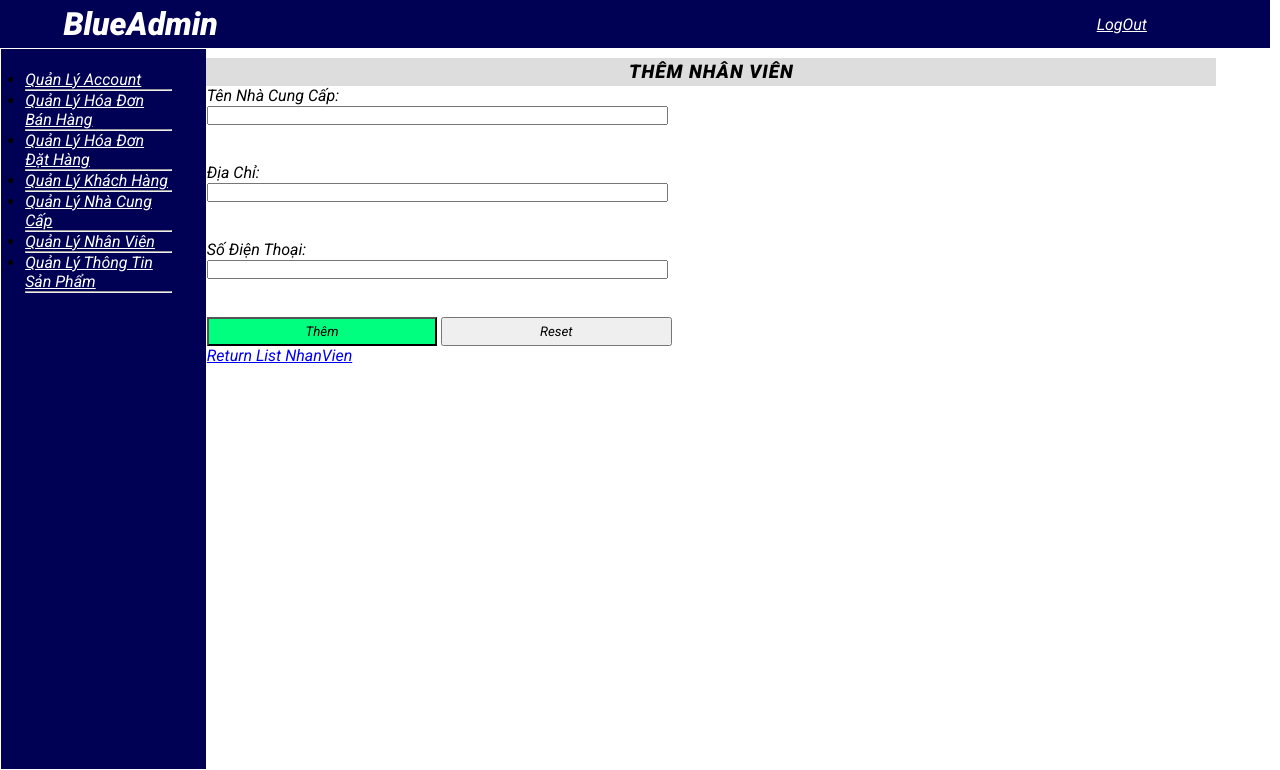
Repository: ngan429/WebsiteLaptop
Page: http://localhost/WebsiteLapTop/viewsnhanvien/InsertNhaCungCapDB.jsp
The author's editor kept a copy of each file at every save. The page is drawn from the files as they stood at one save, then again after the next save.
The browser window is 1280 px wide. The pictures show the whole page.
Some web libraries are served in a nearby version. The page is served by Tomcat 9.

Above is the page before, as saved 2021-12-01 19:50:31.
Console error: SyntaxError: Invalid or unexpected token
Not found: DoAnLapTop/WebsiteLapTop/WebsiteLapTop/css/

After the next save:
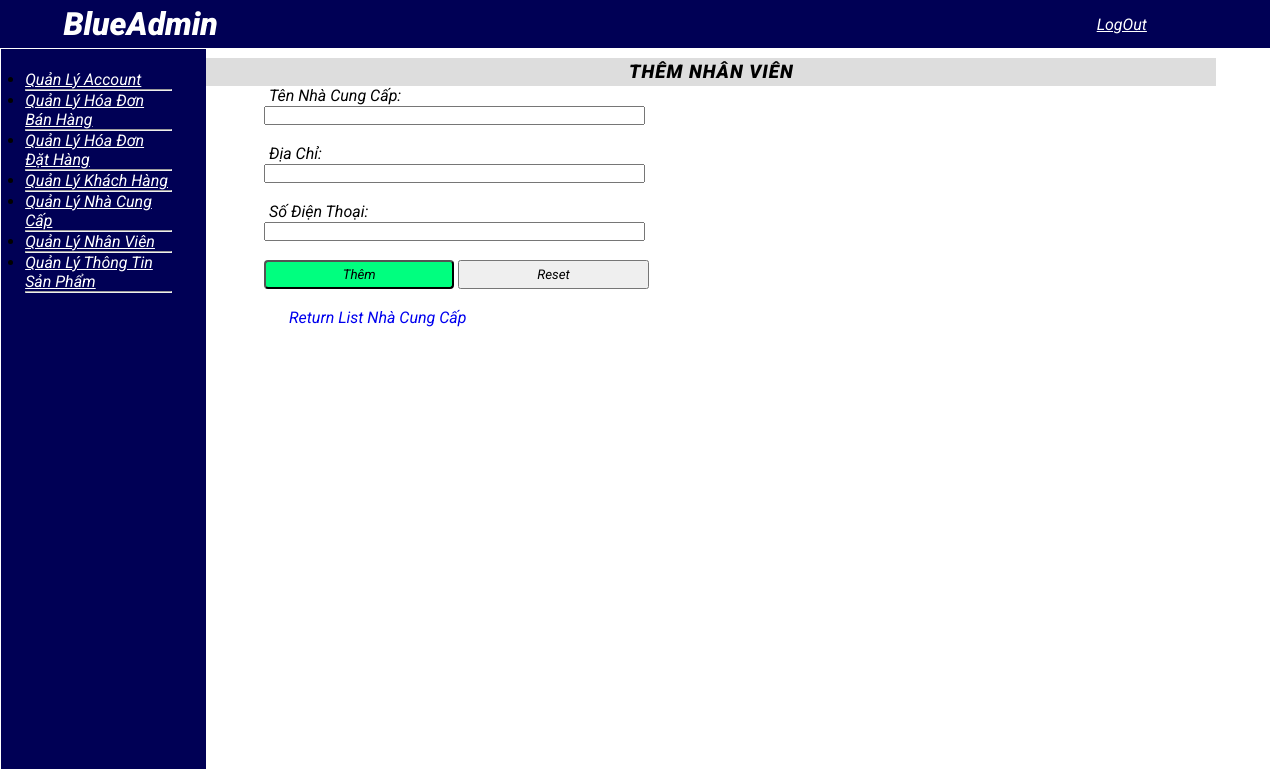
Saved 52 s later.
--- a/DoAnLapTop/WebsiteLapTop/WebContent/viewsnhanvien/InsertNhaCungCapDB.jsp
+++ b/DoAnLapTop/WebsiteLapTop/WebContent/viewsnhanvien/InsertNhaCungCapDB.jsp
@@ -8,9 +8,11 @@
 <meta charset="UTF-8">
 <meta http-equiv="X-UA-Compatible" content="IE=edge">
 <meta name="viewport" content="width=device-width, initial-scale=1.0">
-<title>Thêm Thông Tin Sản Phẩm</title>
+<title>Thêm Nhà Cung Cấp</title>
 <link rel="stylesheet"
 	href="<%=request.getContextPath()%>/css/SanPham.css">
+<link rel="stylesheet"
+	href="<%=request.getContextPath()%>/css/Insert.css">
 <style>
 .show input {
 	width: 40%;
@@ -101,20 +103,16 @@
 					<label for="tenNCC">Tên Nhà Cung Cấp:</label> <br /> <input type="text"
 						id="tenNCC" name="tenNCC" class="form-control"> <br />
 					<br />
-					<br />
 					<label for="diaChi">Địa Chỉ:</label> <br /> <input type="text"
 						id="diaChi" name="diaChi" class="form-control"> <br />
-					<br />
 					<br />
 					<label for="dienThoai">Số Điện Thoại:</label> <br /> <input type="text"
 						id="dienThoai" name="dienThoai" class="form-control"> <br />
 					<br />
+					<button class="insert" style="background-color: springgreen;" type="submit">Thêm</button>
+					<button type="reset">Reset</button><br />
 					<br />
-
-
-					<button style="background-color: springgreen;" type="submit">Thêm</button>
-					<button type="reset">Reset</button><br />
-					<a href="NhaCungCapDB">Return List NhanVien</a>
+					<a class="return-home-page" href="NhaCungCapDB">Return List Nhà Cung Cấp</a>
 				</div>
 			</div>
 		</section>
